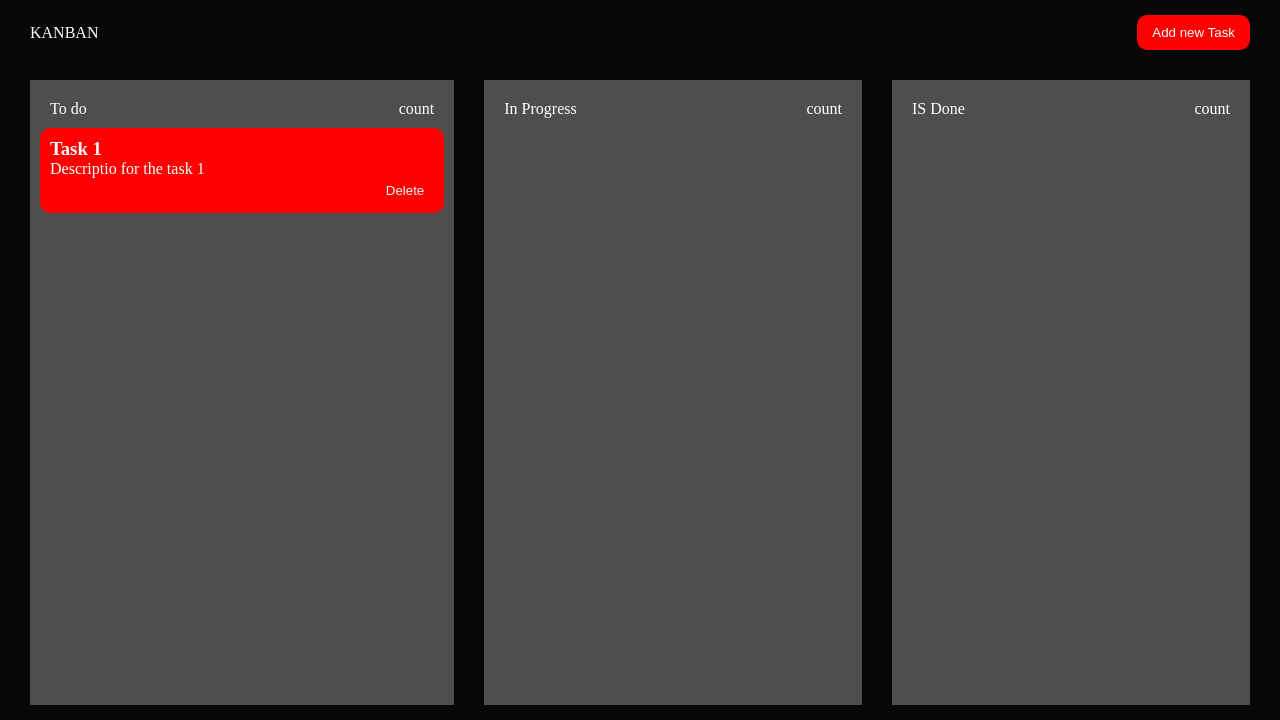
Repository: Sandeepji-5/Kanban-board
Page: index.html
The author's editor kept a copy of each file at every save. The page is drawn from the files as they stood at one save, then again after a run of saves.
The browser window is 1280 px wide. The pictures show the whole page.

Above is the page before, as saved 2025-12-09 14:32:54.

After the next 4 saves:
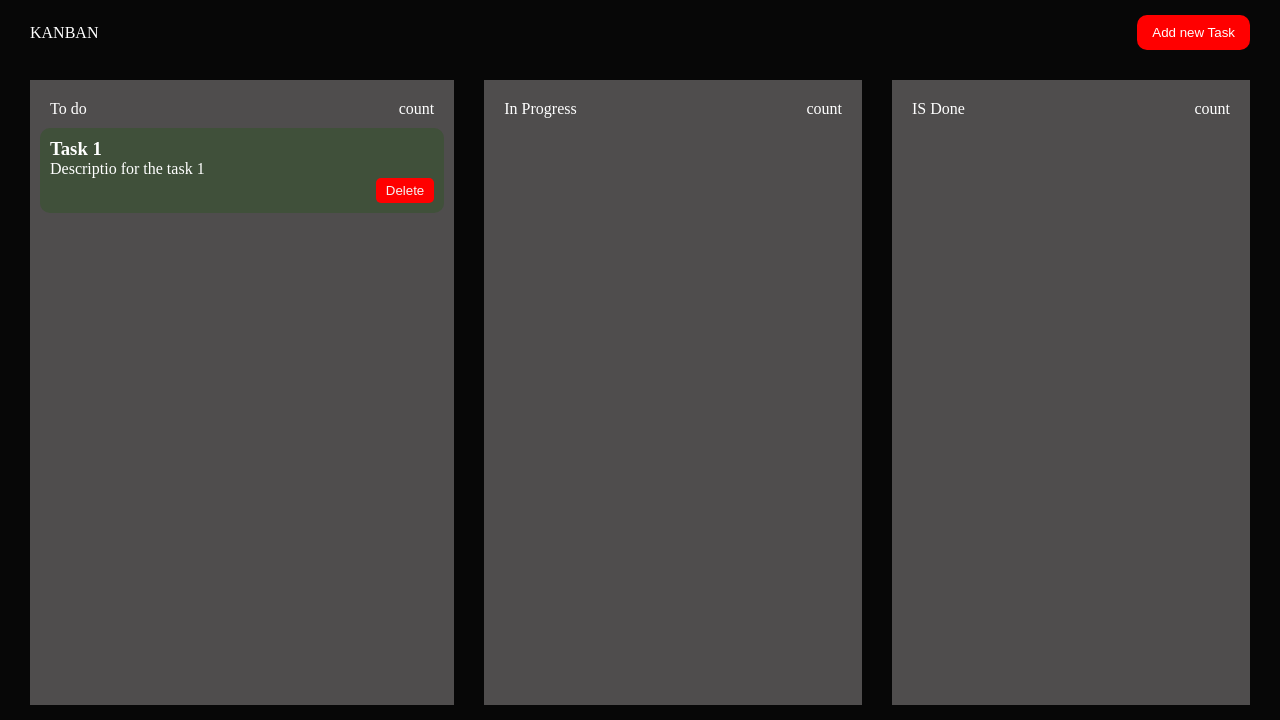
The 4 saves are shown as one change because they came seconds apart.
The last was saved 69 s later.
--- a/style.css
+++ b/style.css
@@ -117,7 +117,7 @@ section .task-column  .task{
     padding: var(--padding-m);
     border-radius: var(--border-radius-m);
     /* background-color: var(--bg-task-color); */
-     background-color:red;
+     background-color:rgba(36, 85, 20, 0.329);
 
 
 }
